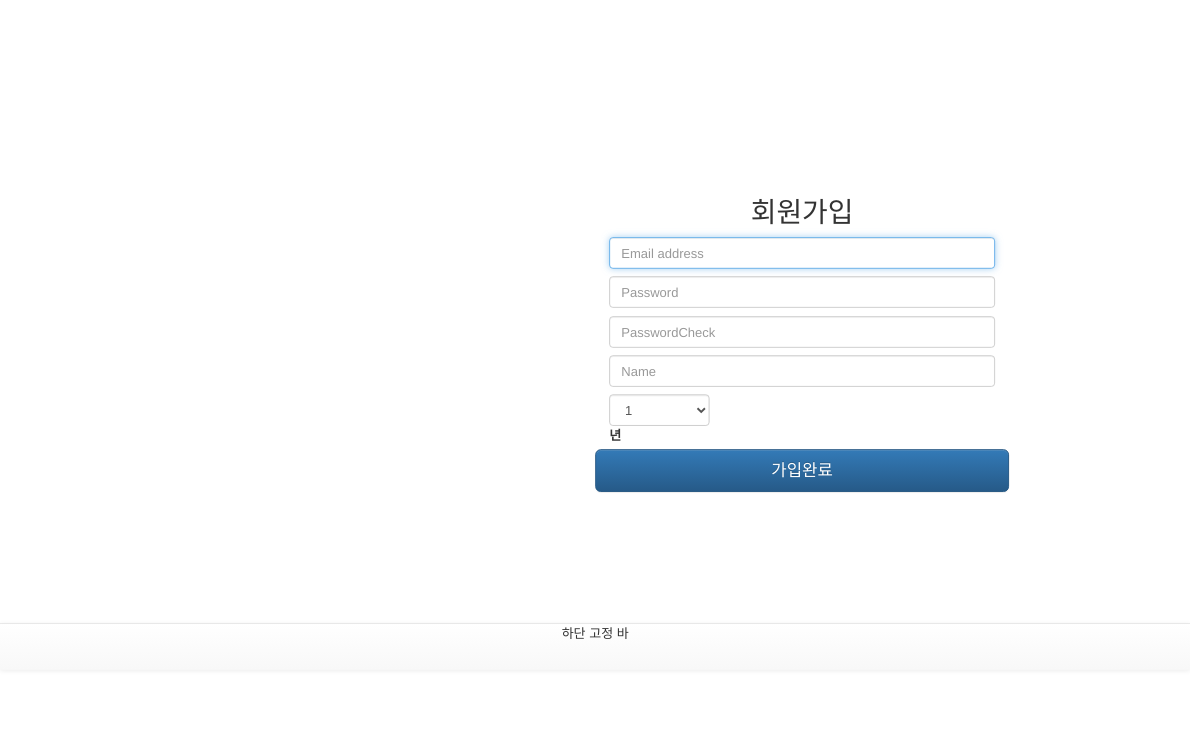
Repository: hrhwbp/Acorn-Final-Project
Page: http://localhost/final_project/index.jsp
The author's editor kept a copy of each file at every save. The page is drawn from the files as they stood at one save, then again after the next save.
The browser window is 1280 px wide. The pictures show the whole page, at 93% of full size.
Some web libraries are served in a nearby version. The page is served by Tomcat 9. Nobody is signed in. The application's start-up code is not run. Other server files are loaded and not shown.

Above is the page before, as saved 2016-10-26 06:18:23.

### final_project/src/main/webapp/index.jsp
<%@ page language="java" contentType="text/html; charset=UTF-8"
	pageEncoding="UTF-8"%>
<!DOCTYPE html">
<html>
<head>
<meta http-equiv="Content-Type" content="text/html; charset=UTF-8">
<title>REMIND</title>
<!-- 합쳐지고 최소화된 최신 CSS -->
<link rel="stylesheet"
	href="https://maxcdn.bootstrapcdn.com/bootstrap/3.3.2/css/bootstrap.min.css">
<!-- 부가적인 테마 -->
<link rel="stylesheet"
	href="https://maxcdn.bootstrapcdn.com/bootstrap/3.3.2/css/bootstrap-theme.min.css">
<style type="text/css">
.top_pd {
	padding-top: 2%;
}

.bottom_pd {
	padding-bottom: 2%;
}

.main_pd {
	padding-top: 15%;
	padding-bottom: 20%;
}
</style>
<!-- 합쳐지고 최소화된 최신 자바스크립트 -->
<script
	src="https://ajax.googleapis.com/ajax/libs/jquery/3.1.1/jquery.min.js"></script>
<script
	src="https://maxcdn.bootstrapcdn.com/bootstrap/3.3.2/js/bootstrap.min.js"></script>
</head>
<body class="center-block()">
	<div class="container main_pd">
		<div class="container col-md-5 col-md-offset-1"></div>
		<div class="container col-md-5">
			<div class="row col-md-12 hide">
				<form class="form-signin">
					<h2 class="form-signin-heading text-center">로그인</h2>
					<div class="row">
						<label for="inputEmail" class="sr-only">Email address</label> <input
							type="email" id="inputEmail" class="form-control"
							placeholder="Email address" required autofocus>
					</div>
					<div class="row top_pd bottom_pd">
						<label for="inputPassword" class="sr-only">Password</label> <input
							type="password" id="inputPassword" class="form-control"
							placeholder="Password" required>
					</div>

					<button class="btn btn-lg btn-primary btn-block" type="submit">로그인</button>
				</form>
				<button class="btn btn-lg btn-primary btn-block" type="button">회원가입</button>
			</div>
			<div class="row col-md-12">
				<form class="form-signin">
					<h2 class="form-signin-heading text-center">회원가입</h2>
					<div class="row-md-12">
						<label for="inputEmail" class="sr-only">Email address</label> <input
							type="email" id="inputEmail" class="form-control"
							placeholder="Email address" required autofocus>
					</div>
					<div class="row-md-12 top_pd">
						<label for="inputPassword" class="sr-only">Password</label> <input
							type="password" id="inputPassword" class="form-control"
							placeholder="Password" required>
					</div>
					<div class="row-md-12 top_pd">
						<label for="passwordCheck" class="sr-only">PasswordCheck</label> <input
							type="password" id="passwordCheck" class="form-control"
							placeholder="PasswordCheck" required>
					</div>
					<div class="row-md-12 top_pd">
						<label for="inputName" class="sr-only">Name</label> <input
							type="text" class="form-control" id="inputName"
							placeholder="Name" required>
					</div>
					<div class="row col-md-4 top_pd">
						<select class="form-control">
							<option>1</option>
							<option>2</option>
							<option>3</option>
							<option>4</option>
							<option>5</option>
						</select>
						<label for="">년</label>
					</div>
					<div class="row col-md-2 top_pd">
					</div>
					<div class="row top_pd">
						<button class="btn btn-lg btn-primary btn-block" type="submit">가입완료</button>
					</div>
				</form>

			</div>
		</div>
	</div>
	<%@include file="bottom.jsp"%>
</body>
</html>

### final_project/src/main/webapp/bottom.jsp
<%@ page language="java" contentType="text/html; charset=UTF-8"
    pageEncoding="UTF-8"%>
<!DOCTYPE html PUBLIC "-//W3C//DTD HTML 4.01 Transitional//EN" "http://www.w3.org/TR/html4/loose.dtd">
<html>
<head>
<meta http-equiv="Content-Type" content="text/html; charset=UTF-8">
<title>Insert title here</title>
</head>
<body>
<nav class="navbar navbar-default navbar-fixed-bottom">
  <div class="container">
  	<div class="row text-center">
  	 	하단 고정 바
  	</div>
  </div>
</nav>
</body>
</html>

After the next save:
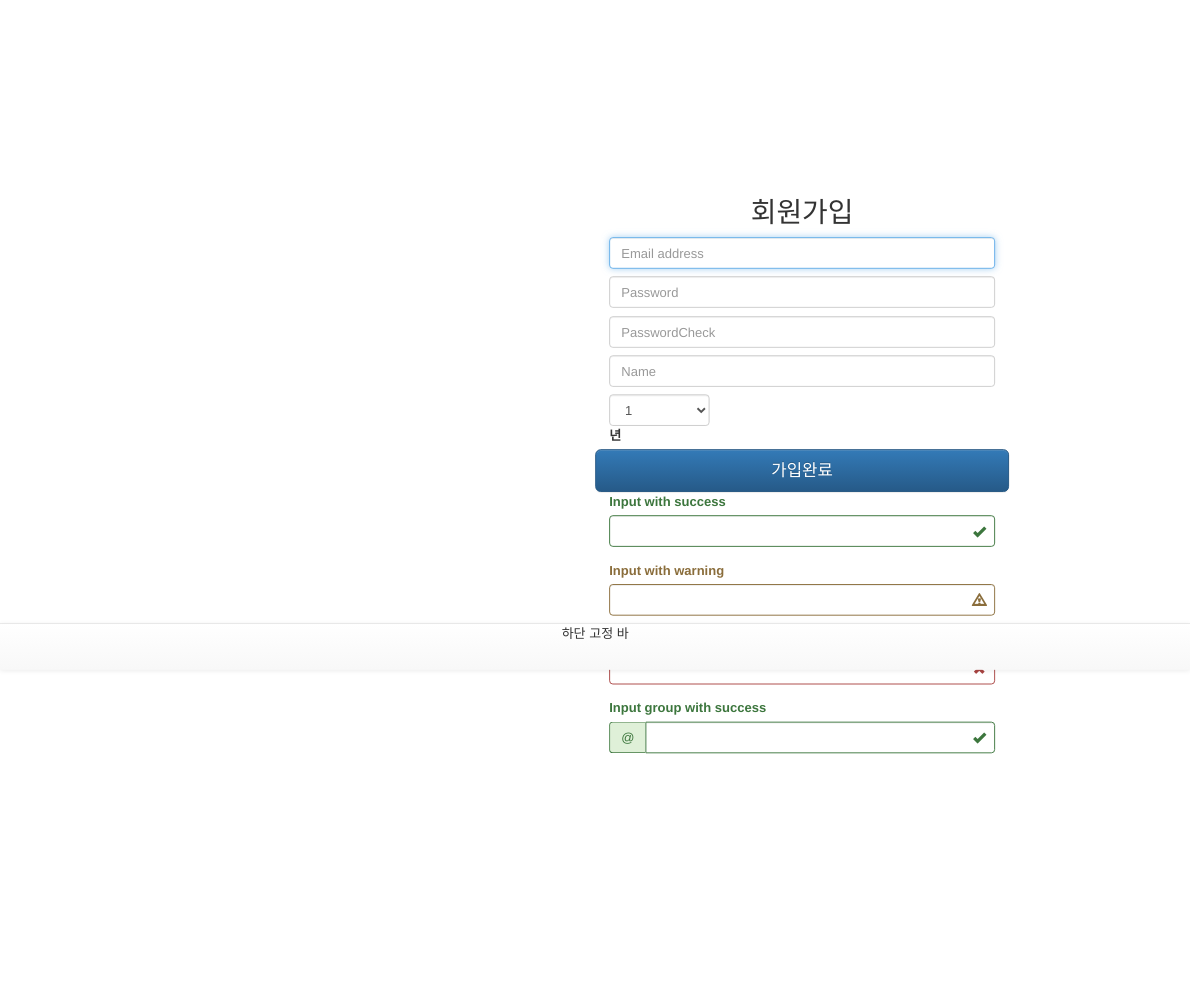
Saved 3 min 27 s later.
--- a/final_project/src/main/webapp/index.jsp
+++ b/final_project/src/main/webapp/index.jsp
@@ -91,6 +91,33 @@
 					<div class="row top_pd">
 						<button class="btn btn-lg btn-primary btn-block" type="submit">가입완료</button>
 					</div>
+					<div class="form-group has-success has-feedback">
+  <label class="control-label" for="inputSuccess2">Input with success</label>
+  <input type="text" class="form-control" id="inputSuccess2" aria-describedby="inputSuccess2Status">
+  <span class="glyphicon glyphicon-ok form-control-feedback" aria-hidden="true"></span>
+  <span id="inputSuccess2Status" class="sr-only">(success)</span>
+</div>
+<div class="form-group has-warning has-feedback">
+  <label class="control-label" for="inputWarning2">Input with warning</label>
+  <input type="text" class="form-control" id="inputWarning2" aria-describedby="inputWarning2Status">
+  <span class="glyphicon glyphicon-warning-sign form-control-feedback" aria-hidden="true"></span>
+  <span id="inputWarning2Status" class="sr-only">(warning)</span>
+</div>
+<div class="form-group has-error has-feedback">
+  <label class="control-label" for="inputError2">Input with error</label>
+  <input type="text" class="form-control" id="inputError2" aria-describedby="inputError2Status">
+  <span class="glyphicon glyphicon-remove form-control-feedback" aria-hidden="true"></span>
+  <span id="inputError2Status" class="sr-only">(error)</span>
+</div>
+<div class="form-group has-success has-feedback">
+  <label class="control-label" for="inputGroupSuccess1">Input group with success</label>
+  <div class="input-group">
+    <span class="input-group-addon">@</span>
+    <input type="text" class="form-control" id="inputGroupSuccess1" aria-describedby="inputGroupSuccess1Status">
+  </div>
+  <span class="glyphicon glyphicon-ok form-control-feedback" aria-hidden="true"></span>
+  <span id="inputGroupSuccess1Status" class="sr-only">(success)</span>
+</div>
 				</form>
 
 			</div>

After the save that followed:
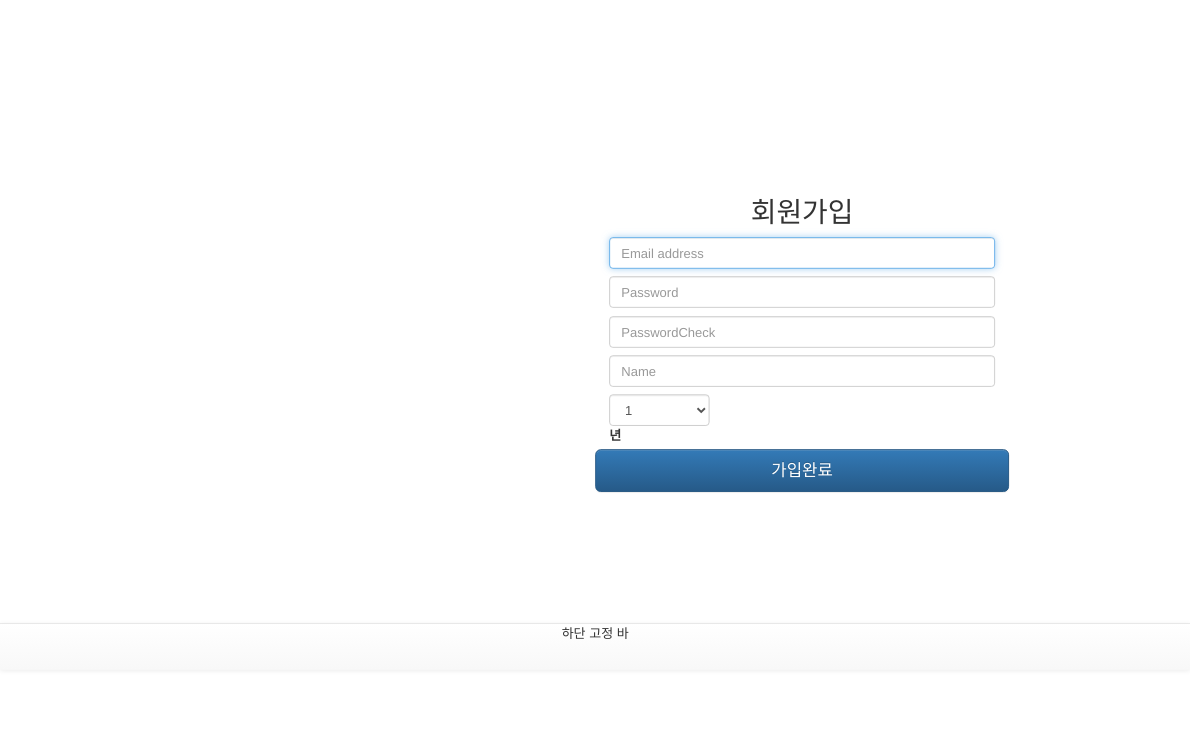
Saved 21 s later.
--- a/final_project/src/main/webapp/index.jsp
+++ b/final_project/src/main/webapp/index.jsp
@@ -91,33 +91,7 @@
 					<div class="row top_pd">
 						<button class="btn btn-lg btn-primary btn-block" type="submit">가입완료</button>
 					</div>
-					<div class="form-group has-success has-feedback">
-  <label class="control-label" for="inputSuccess2">Input with success</label>
-  <input type="text" class="form-control" id="inputSuccess2" aria-describedby="inputSuccess2Status">
-  <span class="glyphicon glyphicon-ok form-control-feedback" aria-hidden="true"></span>
-  <span id="inputSuccess2Status" class="sr-only">(success)</span>
-</div>
-<div class="form-group has-warning has-feedback">
-  <label class="control-label" for="inputWarning2">Input with warning</label>
-  <input type="text" class="form-control" id="inputWarning2" aria-describedby="inputWarning2Status">
-  <span class="glyphicon glyphicon-warning-sign form-control-feedback" aria-hidden="true"></span>
-  <span id="inputWarning2Status" class="sr-only">(warning)</span>
-</div>
-<div class="form-group has-error has-feedback">
-  <label class="control-label" for="inputError2">Input with error</label>
-  <input type="text" class="form-control" id="inputError2" aria-describedby="inputError2Status">
-  <span class="glyphicon glyphicon-remove form-control-feedback" aria-hidden="true"></span>
-  <span id="inputError2Status" class="sr-only">(error)</span>
-</div>
-<div class="form-group has-success has-feedback">
-  <label class="control-label" for="inputGroupSuccess1">Input group with success</label>
-  <div class="input-group">
-    <span class="input-group-addon">@</span>
-    <input type="text" class="form-control" id="inputGroupSuccess1" aria-describedby="inputGroupSuccess1Status">
-  </div>
-  <span class="glyphicon glyphicon-ok form-control-feedback" aria-hidden="true"></span>
-  <span id="inputGroupSuccess1Status" class="sr-only">(success)</span>
-</div>
+
 				</form>
 
 			</div>
